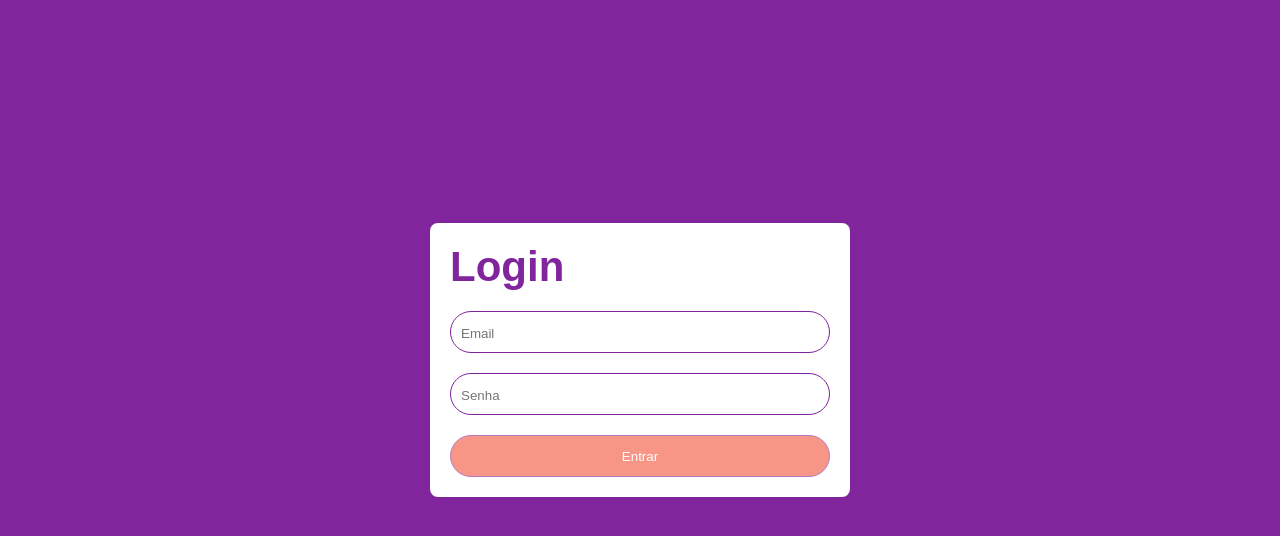
Repository: VictorRB-PB/validacao-com-hookform-e-yup
Page: /
These files come from the project's save history. The page is drawn as it stood at one moment and after the next save; the edit follows.
The browser window is 1280 px wide. The pictures show the whole page.
The project was rebuilt for these pictures with package versions that can differ from the ones it lists, and the page was loaded fresh each time.

Above is the page before, as saved 2024-01-11 11:17:53.

After the next save:
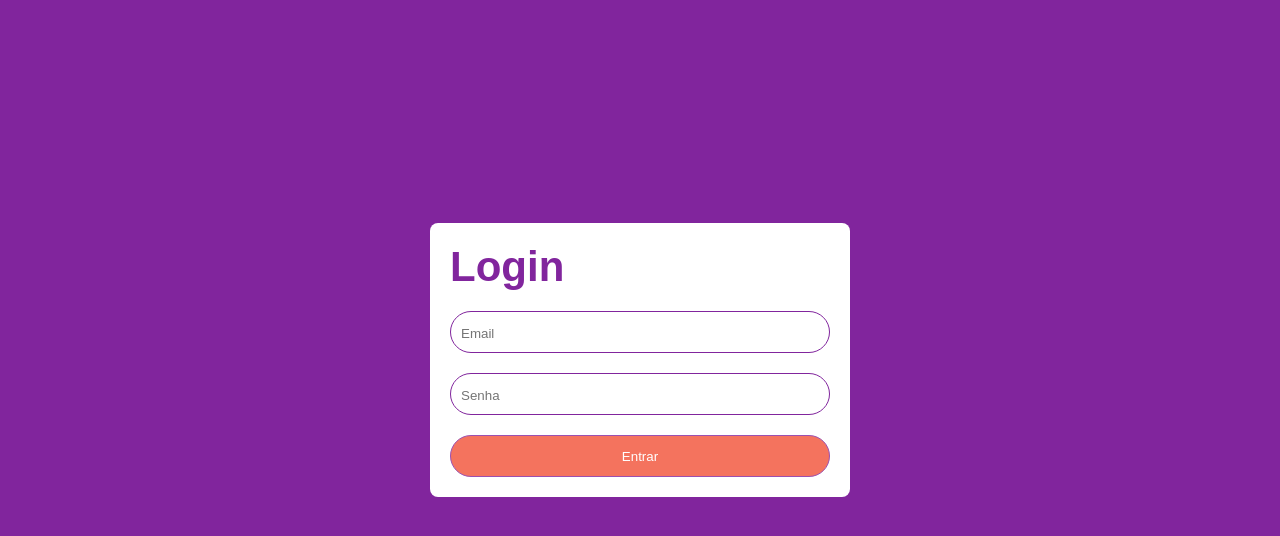
Saved 2 min 28 s later.
--- a/src/components/Button/styles.ts
+++ b/src/components/Button/styles.ts
@@ -12,7 +12,7 @@ export const ButtonContainer = styled.button`
 
     &:disabled {
         background-color: #F25136;
-        opacity: 0.6;
+        opacity: 0.8;
     }.invalid {
         background: red;
     }.error {
